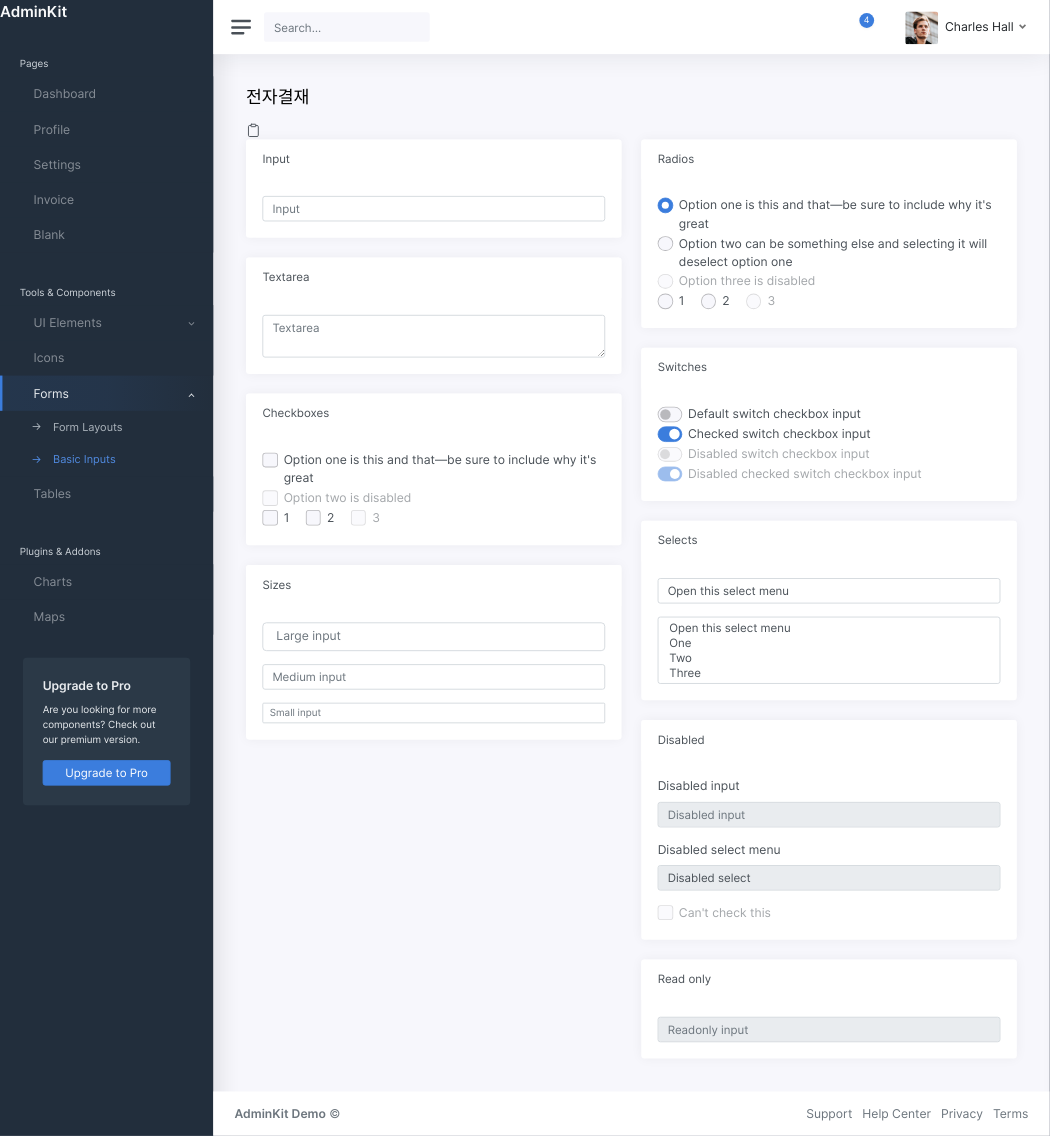
Repository: jaeny96/groupware
Page: front/WebContent/post.html
An editor plug-in stored every save of this project. The page is shown before and after the next save, followed by the edit.
The browser window is 1280 px wide. The pictures show the whole page, at 82% of full size.

Above is the page before, as saved 2021-07-05 09:12:28.
Not found: front/WebContent/js/app.js

After the next save:
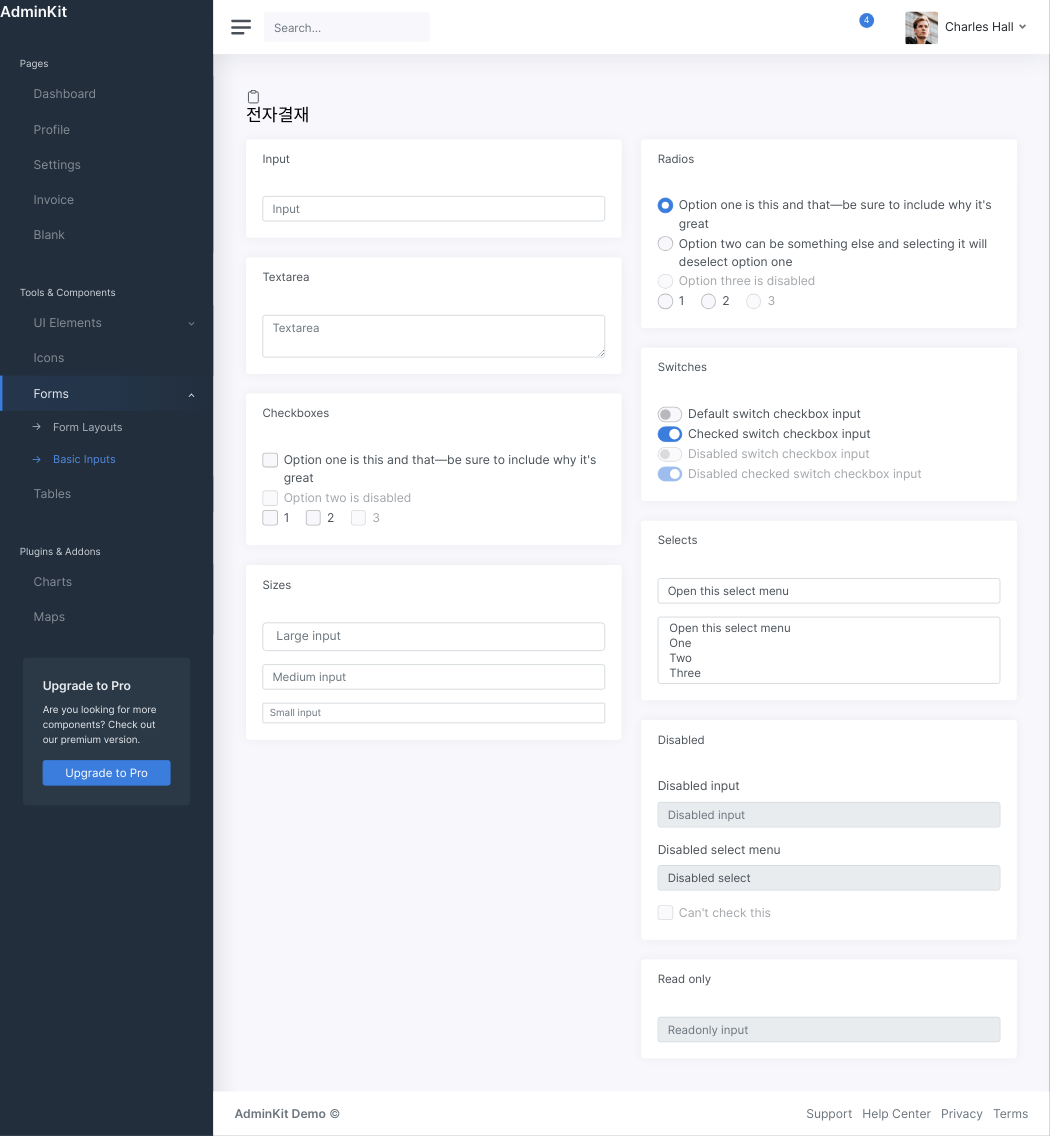
Saved 32 s later.
--- a/front/WebContent/post.html
+++ b/front/WebContent/post.html
@@ -301,9 +301,8 @@
 
 			<main class="content">
 				<div class="container-fluid p-0">
-
-					<h1 class="h3 mb-3">전자결재</h1>
-					<svg xmlns="http://www.w3.org/2000/svg" width="24" height="24" viewBox="0 0 24 24" fill="none" stroke="currentColor" stroke-width="2" stroke-linecap="round" stroke-linejoin="round" class="feather feather-clipboard align-middle mr-2"><path d="M16 4h2a2 2 0 0 1 2 2v14a2 2 0 0 1-2 2H6a2 2 0 0 1-2-2V6a2 2 0 0 1 2-2h2"></path><rect x="8" y="2" width="8" height="4" rx="1" ry="1"></rect></svg>
+<svg xmlns="http://www.w3.org/2000/svg" width="24" height="24" viewBox="0 0 24 24" fill="none" stroke="currentColor" stroke-width="2" stroke-linecap="round" stroke-linejoin="round" class="feather feather-clipboard align-middle mr-2"><path d="M16 4h2a2 2 0 0 1 2 2v14a2 2 0 0 1-2 2H6a2 2 0 0 1-2-2V6a2 2 0 0 1 2-2h2"></path><rect x="8" y="2" width="8" height="4" rx="1" ry="1"></rect></svg>
+					<h1 class="activity h3 mb-3">전자결재</h1>
 					<div class="row">
 						<div class="col-12 col-lg-6">
 							<div class="card">
